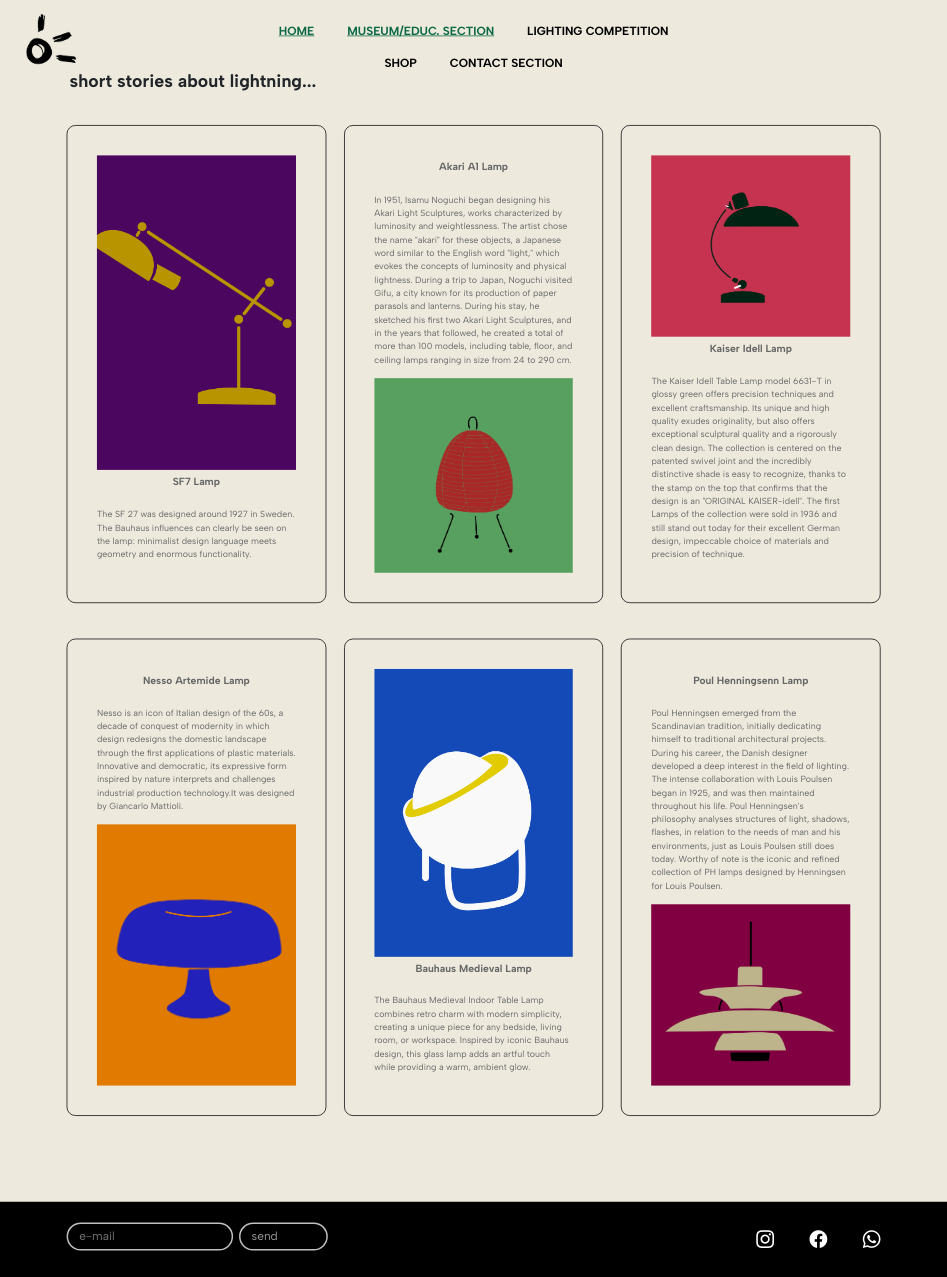
Repository: veronicamdiaz/Landing-Page-Practices
Page: museum-educational-section.html
The author's editor kept a copy of each file at every save. The page is drawn from the files as they stood at one save, then again after the next save.
The browser window is 1280 px wide. The pictures show the whole page, at 74% of full size.

Above is the page before, as saved 2025-06-01 14:49:40.
Console error: TypeError: Cannot read properties of null (reading 'addEventListener')

### museum-educational-section.html
<!DOCTYPE html>
<html lang="pt-BR">
<head>
    <meta http-equiv="X-UA-Compatible" content="IE=edge">
    <meta name="viewport" content="width=device-width, initial-scale=1.0">
    <title>Landing Page</title>
    <link rel="stylesheet" href="https://cdn.jsdelivr.net/npm/bootstrap@5.3.3/dist/css/bootstrap.min.css">
    <link rel="preconnect" href="https://fonts.googleapis.com">
    <link rel="preconnect" href="https://fonts.gstatic.com" crossorigin>
    <link href="https://fonts.googleapis.com/css2?family=Pacifico&family=Roboto:wght@400;700&display=swap" rel="stylesheet">
    <link rel="stylesheet" href="https://cdn.jsdelivr.net/npm/bootstrap-icons@1.11.3/font/bootstrap-icons.min.css">
    <link href="https://fonts.googleapis.com/css2?family=Albert+Sans:ital,wght@0,100..900;1,100..900&family=Pacifico&family=Roboto+Slab:wght@100..900&family=Roboto:ital,wght@0,100;0,300;0,400;0,500;0,700;0,900;1,100;1,300;1,400;1,500;1,700;1,900&display=swap" rel="stylesheet">
    <link rel="stylesheet" href="main.css">
</head>

<header id="home-page">
    <div class="site-logo">
        <a href="index.html">
            <img src="images/logo-site.png" alt="Lightning Design Lab Logo" class="logo-img">
        </a>
    </div>

    <div class="menu" data-bs-target="#cabecalho" da
    ta-bs-smooth-scroll="true">
        <nav id="cabecalho" class="mb-2 px-4">
            <a href="index.html" class="nav-link-active" data-bs-toggle="tab" data-bs-target="#home-page">HOME</a>
            <a href="museum-educational-section.html" class="nav-link-active" data-bs-toggle="tab" data-bs-target="#museum-educational-section">MUSEUM/EDUC. SECTION</a>
            <a href="#competition-section" class="nav-link" data-bs-toggle="tab" data-bs-target="#competition-section">LIGHTING COMPETITION</a>
            <a href="shop-section.html" class="nav-link" data-bs-toggle="tab" data-bs-target="#shop-section">SHOP</a>
            <a href="#contact-section" class="nav-link" data-bs-toggle="tab" data-bs-target="#contact-section">CONTACT SECTION</a>
        </nav>
    </div>
</header>


<section id="museum-educational-section" class="mt-4 mb-5">
    <div class="container title-container d-flex justify-content-between align-items-center mb-6 mt-2 p-4">
        <h2 class="section-title">short stories about lightning...</h2>
    </div>

    <div class="container">
    <div class="row">
        <div class="col-md-4 col-12 mb-5 p-6">
            <div class="card bg-transparent">
                <img src="/images/lights drawings-03.jpg" alt="bauhaus-sf7-lamp">
                <h3 class="pb-2 pt-2">SF7 Lamp</h3>
                <p>The SF 27 was designed around 1927 in Sweden. The Bauhaus influences can clearly be seen on the lamp: minimalist design language meets geometry and enormous functionality.</p>
            </div>
        </div>
        <div class="col-md-4 col-12 mb-5 p-6">
            <div class="card bg-transparent">
                <h3 class="pb-2 pt-2">Akari A1 Lamp</h3>
                <p>In 1951, Isamu Noguchi began designing his Akari Light Sculptures, works characterized by luminosity and weightlessness. The artist chose the name "akari" for these objects, a Japanese word similar to the English word "light," which evokes the concepts of luminosity and physical lightness. During a trip to Japan, Noguchi visited Gifu, a city known for its production of paper parasols and lanterns. During his stay, he sketched his first two Akari Light Sculptures, and in the years that followed, he created a total of more than 100 models, including table, floor, and ceiling lamps ranging in size from 24 to 290 cm.</p>
                <img src="/images/lights drawings-02.jpg" alt="akari-lamp" class="img-fluid">
            </div>
        </div>
        <div class="col-md-4 col-12 mb-5 p-6">
            <div class="card bg-transparent">
                <img src="/images/lights drawings-04.jpg" alt="kaiser-idell-lamp" class="img-fluid">
                <h3 class="pb-2 pt-2">Kaiser Idell Lamp</h3>
                <p>The Kaiser Idell Table Lamp model 6631-T in glossy green offers precision techniques and excellent craftsmanship. Its unique and high quality exudes originality, but also offers exceptional sculptural quality and a rigorously clean design.
The collection is centered on the patented swivel joint and the incredibly distinctive shade is easy to recognize, thanks to the stamp on the top that confirms that the design is an "ORIGINAL KAISER-idell".
The first Lamps of the collection were sold in 1936 and still stand out today for their excellent German design, impeccable choice of materials and precision of technique.</p>
            </div>
        </div>
        <div class="col-md-4 col-12 mb-5 p-6">
            <div class="card bg-transparent">
                <h3 class="pb-2 pt-2">Nesso Artemide Lamp</h3>
                <p>Nesso is an icon of Italian design of the 60s, a decade of conquest of modernity in which design redesigns the domestic landscape through the first applications of plastic materials. Innovative and democratic, its expressive form inspired by nature interprets and challenges industrial production technology.It was designed by Giancarlo Mattioli.</p>
                <img src="/images/lights drawings2-03.jpg" alt="nesso-artemide-lamp" class="img-fluid">
            </div>
        </div>
        <div class="col-md-4 col-12 mb-5 p-6">
            <div class="card bg-transparent">
                <img src="/images/lights drawings2-04.jpg" alt="bauhaus-medieval-lamp" class="img-fluid">
                <h3 class="pb-2 pt-2">Bauhaus Medieval Lamp</h3>
                <p>The Bauhaus Medieval Indoor Table Lamp combines retro charm with modern simplicity, creating a unique piece for any bedside, living room, or workspace. Inspired by iconic Bauhaus design, this glass lamp adds an artful touch while providing a warm, ambient glow.</p>
            </div>
        </div>
        <div class="col-md-4 col-12 mb-5 p-6">
            <div class="card bg-transparent">
                <h3 class="pb-2 pt-2">Poul Henningsenn Lamp</h3>
                <p>Poul Henningsen emerged from the Scandinavian tradition, initially dedicating himself to traditional architectural projects. During his career, the Danish designer developed a deep interest in the field of lighting. The intense collaboration with Louis Poulsen began in 1925, and was then maintained throughout his life. Poul Henningsen's philosophy analyses structures of light, shadows, flashes, in relation to the needs of man and his environments, just as Louis Poulsen still does today. Worthy of note is the iconic and refined collection of PH lamps designed by Henningsen for Louis Poulsen.</p>
                <img src="/images/lights drawings_Prancheta 1.jpg" alt="Imagem 6" class="img-fluid">
            </div>
        </div>
    </div>
</div>
</section>

<footer class="bg-black py-2">
    <div class="container d-flex justify-content-between align-items-center flex-column flex-md-row">
        <div class="d-flex gap-2 align-items-center mb-2">
            <input type="email" class="btn btn-secondary" placeholder="e-mail" required
                style="border: 2px solid rgb(192, 192, 192); border-radius: 20px; background-color: black; padding: 5px 15px; min-width: 120px; text-align: left; color: rgb(155, 155, 155);">
            <button type="submit" class="btn btn-secondary"
                style="border: 2px solid rgb(192, 192, 192); border-radius: 20px; background-color: black; padding: 5px 15px; min-width: 120px; text-align: left; color: rgb(155, 155, 155);">
                send
            </button>
        </div>
        <div class="d-flex gap-5 align-items-center">
            <a href="https://www.instagram.com" target="_blank" class="text-white">
                <i class="bi bi-instagram" style="font-size: 1.5rem;"></i>
            </a>
            <a href="https://www.facebook.com" target="_blank" class="text-white">
                <i class="bi bi-facebook" style="font-size: 1.5rem;"></i>
            </a>
            <a href="https://wa.me/" target="_blank" class="text-white">
                <i class="bi bi-whatsapp" style="font-size: 1.5rem;"></i>
            </a>
        </div>
    </div>
</footer>


<script src="script.js"></script>

<script>
    document.addEventListener("DOMContentLoaded", function () {
        const navLinks = document.querySelectorAll(".nav-link");

        // Ativa o link clicado e armazena no localStorage
        navLinks.forEach(link => {
            link.addEventListener("click", function (e) {
                // Armazena qual link foi clicado no localStorage
                localStorage.setItem('activeLink', e.target.getAttribute('href'));
                // Adiciona a classe de ativo
                navLinks.forEach(l => l.classList.remove("nav-link-active"));
                e.target.classList.add("nav-link-active");
            });
        });

        // Verifica se há um link ativo armazenado no localStorage
        const activeLink = localStorage.getItem('activeLink');
        if (activeLink) {
            // Remove a classe 'nav-link-active' de todos os links
            navLinks.forEach(link => link.classList.remove("nav-link-active"));
            // Adiciona a classe 'nav-link-active' ao link armazenado
            document.querySelector(`a[href="${activeLink}"]`)?.classList.add("nav-link-active");
        }
    });
</script>
</body>
</html>

### main.css
html, body {
    height: 100%;
    margin: 0;
    display: flex;
    flex-direction: column;
}

body {
    background-color: #EDEADD;
    font-family: sans-serif;
    flex: 1;
}

main {
    z-index: 5;
    flex: 1; /* ocupa todo o espaço entre o header e o footer */
    display: flex;
    flex-direction: column;
    background-color: transparent;
}

header {
    height: auto;
    position: relative;
    display: flex;
    flex-direction: column;
    align-items: center;
    padding-bottom: 40px; /* ou ajuste conforme necessário */

}

.site-logo {
    z-index: 100; /* Aumente se necessário */
    position: fixed;
    top: 10px;
    left: 20px;
}

.interaction-section {
    z-index: 5;
}

.logo-img {
    height: auto;
    display: block;
}

.container {
    padding: 20px;
}

/* #webgl-container {
    display: flex;
    justify-content: center;
    align-items: center;
    width: 100%;
    height: 100%;
    overflow: hidden;
    background-color: #f5f5f5;
} */

#home-page {
    width: 100%;
    justify-content: center;
    align-items: center;
}



/* .square {
    width: 200px;
    height: 200px;
    background-color: rgb(255, 255, 255);
    position: relative;
} */

.square::before,
.square::after {
    content: "";
    position: absolute;
    width: 100%;
    height: 1px;
}

/* .square::before {
    top: 50%;
    transform: translateY(-50%);
    transform-origin: left;
    transform: rotate(45deg);
}

.square::after {
    left: 50%;
    transform: translateX(-50%);
    transform-origin: top;
    transform: rotate(-45deg);
}
*/
nav {
    font-family: 'Albert Sans';
    font-weight: bold;
    left: 50%;
    top: 10px; /* Mantém um pequeno espaçamento do topo */
    transform: translateX(-50%);
    gap: 20px;
    display: inline-block;
    font-size: 16px;
    align-items: center;
    justify-content: center;
    z-index: 10;
    padding: 10px 20px;
    height: auto;
}


nav a {
    text-decoration: none;
    font-weight: bold;
    background-color: none;
    height: auto !important;
}

.nav-link {
    color: black; /* Cor padrão */
    transition: color 0.3s ease;
}

.nav-link-active {
    color: #0b6945 !important; /* Cor do botão ativo */
    font-weight: bold;
    text-decoration: underline;
}


#cabecalho {
    position: fixed;
    text-align: center; /* Centraliza os links */
    height: auto;
    gap: 20px;
    z-index: 10px;
}

#cabecalho a {
    display: inline-block;
    padding: 10px 20px; /* Para não ficarem colados */
    height: auto;
}

.card {
    display: flex;
    align-items: center;
    padding: 40px;
    width: 100%;
    height: 100%;
    max-width: 1200px;
    margin: 0 auto;
    border-radius: 12px;
    border: 1px solid black;
}

.row {
    flex-wrap: wrap; /* Para quebrar corretamente em telas pequenas */
    justify-content: space-between; /* Garante espaçamento uniforme */
}

.card img {
    background-color: none;
    width: 100%;
    height: 100%;
    object-fit: cover;
}

.card h3 {
    font-size: 14px;
    font-family: 'Albert Sans';
    color: #666;
    font-weight: bold;
}
.card p {
    margin-top: 10px;
    font-size: 12px;
    color: #666;
    font-family: 'Albert Sans';
}

.card.reverse {
    flex-direction: column-reverse;
}

.section-title {
    font-family: 'Albert Sans';
    font-weight: bold;
    font-size: 1.5em;
}

#nova-secao {
    font-family: 'Albert Sans';
}

.text-white {
    font-family: 'Albert Sans';
    font-size: .3em;
    font-weight: bold;
    color: white;
}


.btn-seemore {
    text-transform: uppercase;
    text-decoration: underline;
    background: none;
    border: none;
    color: white;
    font-size: 1rem;
    cursor: pointer;
}

.card-label {
    font-family: 'Albert Sans', sans-serif;
    font-size: 0.9rem;
    color: #999;
    letter-spacing: 1px;
    margin-bottom: 2px; /* Diminuir aqui! */
}


.custom-card img {
    width: 40%;
    max-width: 300px;
    object-fit: cover;
}

.custom-card .card-content {
    width: 60%;
    padding: 20px;
}

.custom-card h3 {
    font-weight: bold;
    margin-bottom: 8px;
    font-size: 18px;
}

.custom-card.left {
    flex-direction: row;
    border: 1px solid black;
    background-color: transparent;
}

.custom-card.right {
    flex-direction: row-reverse;
    border: 1px solid black;
    background-color: transparent;
}

.custom-card p {
    font-size: 14px;
    line-height: 1.6;
}

.card-label {
    font-size: 14px;
    line-height: 1.6;
    font-family: 'Albert Sans';
}


footer {
    padding: 2px 0; /* Reduzindo a altura do footer */
    font-size: 0.8rem; /* Diminuindo tamanho do texto */
    font-family: 'Albert Sans', sans-serif;
}

.icon {
    max-width: 30px; /* Ajuste o tamanho máximo conforme necessário */
    max-height: 30px; /* Ajuste o tamanho máximo conforme necessário */
    width: auto; /* Mantém a proporção */
    height: auto; /* Mantém a proporção */
    object-fit: contain; /* Garante que a imagem se ajuste ao espaço sem distorção */
    margin-bottom: 10px;
}


#competition-section .container {
    width: 100vw;
    overflow: hidden;
}

#img-interativa {
    width: 100%;
    object-fit: cover;
    display: block;
}

.title-container .section-title {
    flex: 1;
    margin: 0;
}

/* “spacer” vazio só para manter o flex funcionando igual */
.title-container .spacer {
  width: 60px; /* ou o tamanho que você precisar para “fechar” o espaço */
}


@media (max-width: 768px) {
    .site-logo {
        top: 5px;
        left: 10px;
        position: fixed;
    }

    .logo-img {
        width: 40px;
    }

    nav {
        position: fixed;
        font-family: 'Albert Sans';
        font-weight: bold;
        gap: 20px;
        font-size: 10px;
        justify-content: center;
        text-align: right;
        display: flex;
        z-index: 1;
        padding: 4px 12px;
    }

    .home-image {
        width: 100%;
        height: auto;
        content: (url(images/fundositemenor_prancheta.png));
        }

    #home-page {
        justify-content: center;
        align-items: center;
    }

    .img-responsiva {
        height: auto;
    }

    .nav-links {
        flex-direction: column;
        gap: 15px;
        text-align: center;
    }

    .navbar-toggler {
        display: block; /* Mostra o botão hambúrguer */
        background: none;
        border: none;
        cursor: pointer;
    }

    .navbar-toggler i {
        color: black;
    }


    .card {
        text-align: center;
        flex-direction: column;
    }

    .card img {
        width: 70%;
    }

    .card .card-content {
        width: 70%;
    }

    .custom-card {
        flex-direction: column !important;
        text-align: center;
    }

    .custom-card img {
        width: 70%;
    }

    .custom-card .card-content {
        width: 70%;
    }


    footer .container {
        flex-direction: column;
        text-align: center;
    }

    footer form {
        flex-direction: column;
        width: 70%;
        align-items: center;
    }

    footer form input,
    footer form button {
        width: 90%; /* Mantém a aparência proporcional */
    }

    footer .d-flex.gap-5 {
        gap: 20px; /* Ajusta o espaçamento dos ícones */
        justify-content: center;
        margin-top: 10px;
    }
}

### script.js
document.addEventListener('DOMContentLoaded', function () {
  // Código para a troca de imagem
  const imagem = document.getElementById('img-interativa');
  let estado = 'inicial';

  console.log('Imagem carregada:', imagem);

  imagem.addEventListener('click', function () {
    console.log('Imagem clicada. Estado atual:', estado);

    if (estado === 'inicial') {
      imagem.src = './images/lights drawings2-05-05-05.jpg';
      estado = 'alterada';
    } else {
      imagem.src = './images/lights drawings2-09-09-09.jpg';
      estado = 'inicial';
    }

    console.log('Novo estado:', estado);
  });
});

function updateImage() {
  let homeImage = document.querySelector('.home-image');
  if (window.innerWidth <= 768) {
      homeImage.src = "images/fundositemenor_prancheta.png"; // Imagem menor
  } else {
      homeImage.src = "images/fundosite.png"; // Imagem padrão
  }
}

document.addEventListener("DOMContentLoaded", function () {
  const navLinks = document.querySelectorAll(".nav-link");
  const currentURL = window.location.pathname.split("/").pop(); // Pega só o nome do arquivo, ex: 'shop-section.html'

  navLinks.forEach(link => {
    const linkHref = link.getAttribute("href");

    // Verifica se o link aponta para a mesma página
    if (
      linkHref === currentURL ||                     // Exato match
      (linkHref === "index.html" && currentURL === "") || // Caso especial para index
      (linkHref !== "#" && currentURL.includes(linkHref)) // Links internos com hash (#)
    ) {
      link.classList.add("nav-link-active");
    } else {
      link.classList.remove("nav-link-active");
    }
  });
});


// Verifica quando a página carrega
window.onload = updateImage;

// Verifica quando a tela redimensiona
window.onresize = updateImage;

// <-- Fechando corretamente a função de 'DOMContentLoaded'


  /*
  // Inicialização do modelo 3D
  let mouseX = 0, mouseY = 0;
  const container = document.getElementById('webgl-container');
  const renderer = new THREE.WebGLRenderer({ antialias: true });
  renderer.setSize(window.innerWidth, window.innerHeight);
  container.appendChild(renderer.domElement);  // Adiciona o renderizador dentro de #webgl-container

  const scene = new THREE.Scene();

  // Criar um cubo maior
  const geometry = new THREE.BoxGeometry(2, 2, 2); // Aumentei o tamanho do cubo (2x2x2)
  const material = new THREE.MeshStandardMaterial({ color: 0x00ff00, roughness: 0.5, metalness: 0.7 });
  const cube = new THREE.Mesh(geometry, material);
  scene.add(cube);
  scene.background = new THREE.Color(0xF5F5F5);  // Cor de fundo #F5F5F5

   // Definir a posição do cubo para ficar mais para cima
   cube.position.y = 1; // Aqui é onde ajustamos a posição vertical do cubo

   // Melhorar a qualidade aumentando a resolução
  renderer.setPixelRatio(window.devicePixelRatio); // Usa a resolução nativa do dispositivo

  // Câmera
  const camera = new THREE.PerspectiveCamera(75, window.innerWidth / window.innerHeight, 0.1, 1000);
  camera.position.z = 5;  // Posicionando a câmera para visualizar o cubo maior

  // Adicionar luz ambiente
  const light = new THREE.AmbientLight(0x404040); // luz suave
  scene.add(light);

  // Adicionar luz direcional
  const directionalLight = new THREE.DirectionalLight(0xffffff, 1);
  directionalLight.position.set(5, 5, 5).normalize();
  scene.add(directionalLight);

  // Função de animação
  function animate() {
    requestAnimationFrame(animate);

    // A rotação do cubo será controlada pela posição do mouse
    cube.rotation.x = mouseY * Math.PI; // Multiplica a posição Y do mouse por pi
    cube.rotation.y = mouseX * Math.PI; // Multiplica a posição X do mouse por pi

    renderer.render(scene, camera);
  }

  animate();

  // Função para ajustar o tamanho do renderizador e atualizar a câmera
function onWindowResize() {
  const width = window.innerWidth;
  const height = window.innerHeight;

  // Atualiza as proporções da câmera
  camera.aspect = width / height;
  camera.updateProjectionMatrix();

  // Ajusta o tamanho do renderizador
  renderer.setSize(width, height);
}

// Adiciona um event listener para chamar a função sempre que a janela for redimensionada
window.addEventListener('resize', onWindowResize, false);

// Chama a função uma vez para configurar inicialmente
onWindowResize();

  // Redimensionar o renderizador quando a janela for redimensionada
  window.addEventListener('resize', () => {
    renderer.setSize(window.innerWidth, window.innerHeight);
    camera.aspect = window.innerWidth / window.innerHeight;
    camera.updateProjectionMatrix();
  });

  // Captura o movimento do mouse
  function onMouseMove(event) {
    // Normaliza a posição do mouse (de -1 a 1 para cada eixo)
    mouseX = (event.clientX / window.innerWidth) * 2 - 1;
    mouseY = -(event.clientY / window.innerHeight) * 2 + 1;
  }

  // Adiciona o ouvinte para o movimento do mouse
  window.addEventListener('mousemove', onMouseMove, false);
});

*/

After the next save:
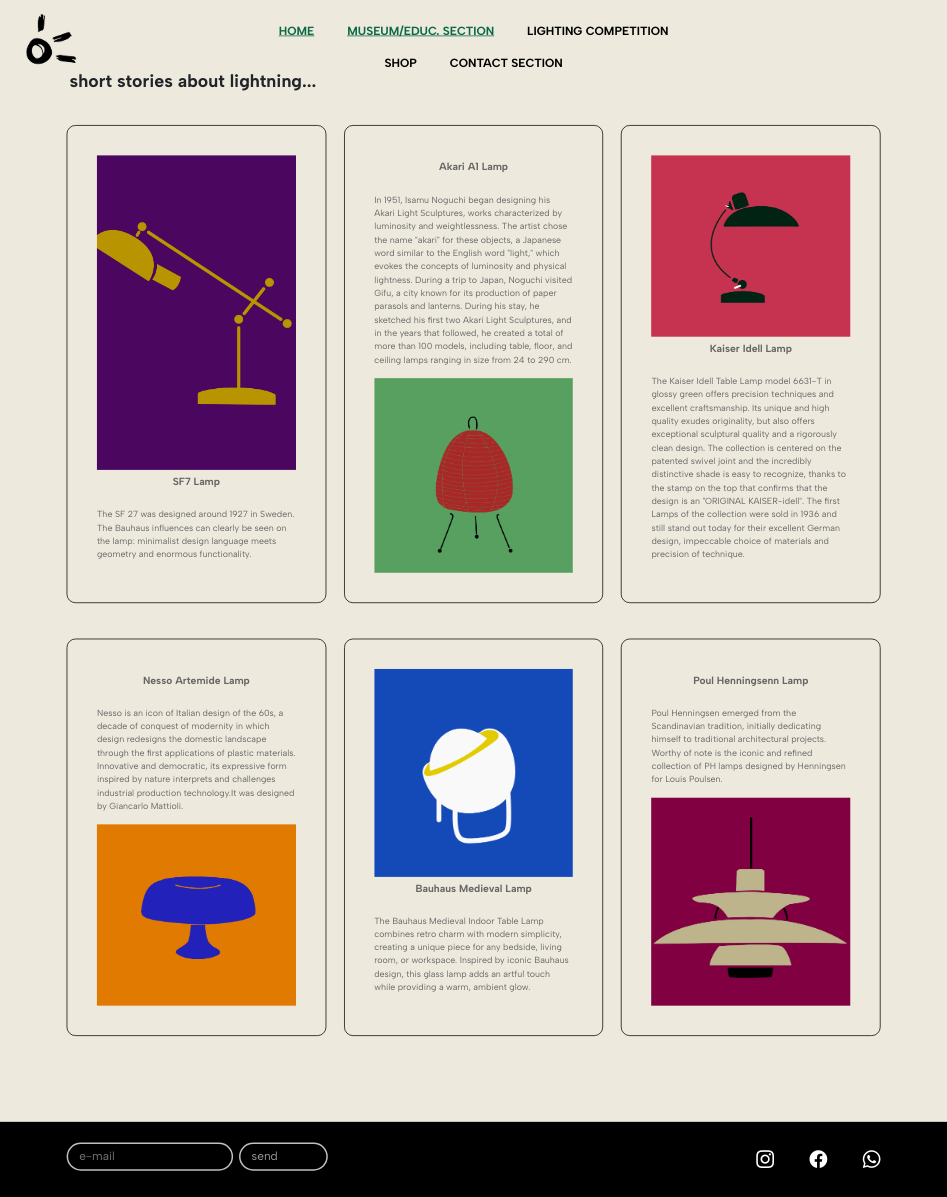
Saved 11 s later.
--- a/museum-educational-section.html
+++ b/museum-educational-section.html
@@ -80,7 +80,7 @@
         <div class="col-md-4 col-12 mb-5 p-6">
             <div class="card bg-transparent">
                 <h3 class="pb-2 pt-2">Poul Henningsenn Lamp</h3>
-                <p>Poul Henningsen emerged from the Scandinavian tradition, initially dedicating himself to traditional architectural projects. During his career, the Danish designer developed a deep interest in the field of lighting. The intense collaboration with Louis Poulsen began in 1925, and was then maintained throughout his life. Poul Henningsen's philosophy analyses structures of light, shadows, flashes, in relation to the needs of man and his environments, just as Louis Poulsen still does today. Worthy of note is the iconic and refined collection of PH lamps designed by Henningsen for Louis Poulsen.</p>
+                <p>Poul Henningsen emerged from the Scandinavian tradition, initially dedicating himself to traditional architectural projects. Worthy of note is the iconic and refined collection of PH lamps designed by Henningsen for Louis Poulsen.</p>
                 <img src="/images/lights drawings_Prancheta 1.jpg" alt="Imagem 6" class="img-fluid">
             </div>
         </div>
